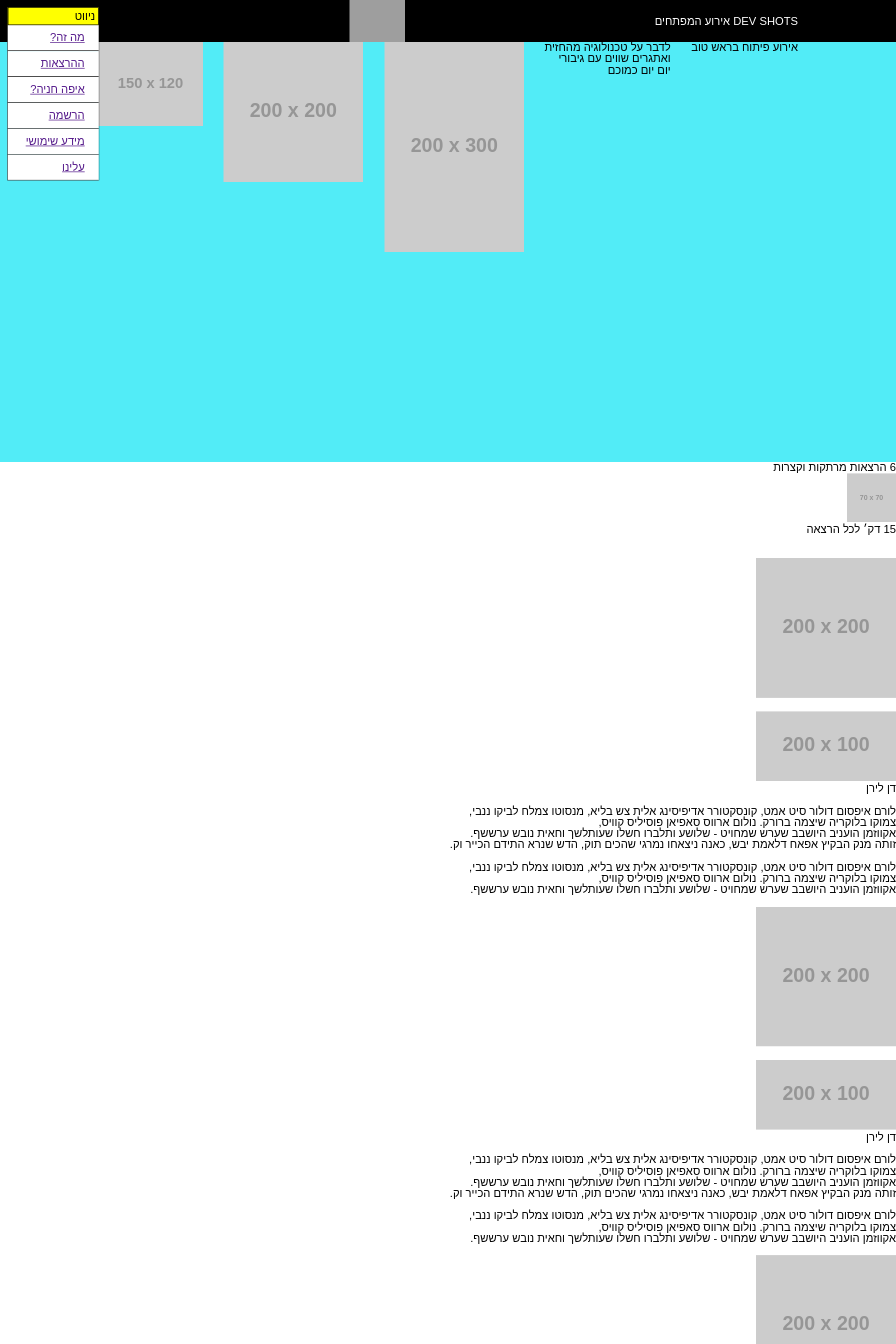
Repository: Julian-Escobar/DevShots
Page: index.html
An editor plug-in stored every save of this project. The page is shown before and after the next save, followed by the edit.
The browser window is 1280 px wide. The pictures show the part of the page from y = 0 to 1920 px (the page is 6123 px tall), at 70% of full size.
Pictures or frames that could not be fetched are drawn as grey boxes.

Above is the page before, as saved 2018-08-28 20:03:54.

After the next save:
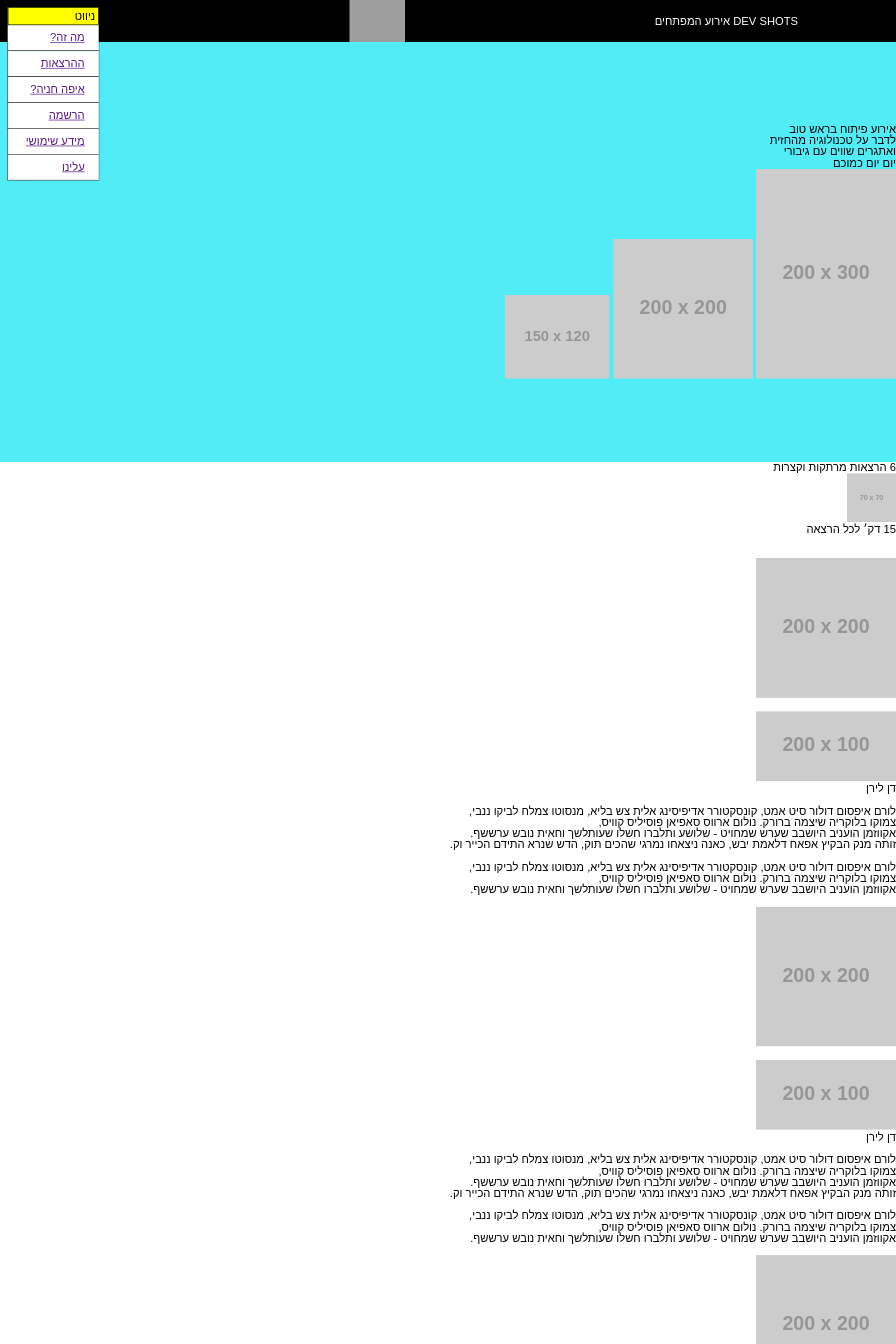
Saved 2 min 11 s later.
--- a/style.css
+++ b/style.css
@@ -154,7 +154,5 @@
     padding: 0 auto;
 }
 
-.container2 {
-    margin: 0 auto;
-    padding: 0 auto;
-}
+div.container2 { display: table; width:100%;}
+div.container2 { display: table-cell; vertical-align: middle; }

After the save that followed:
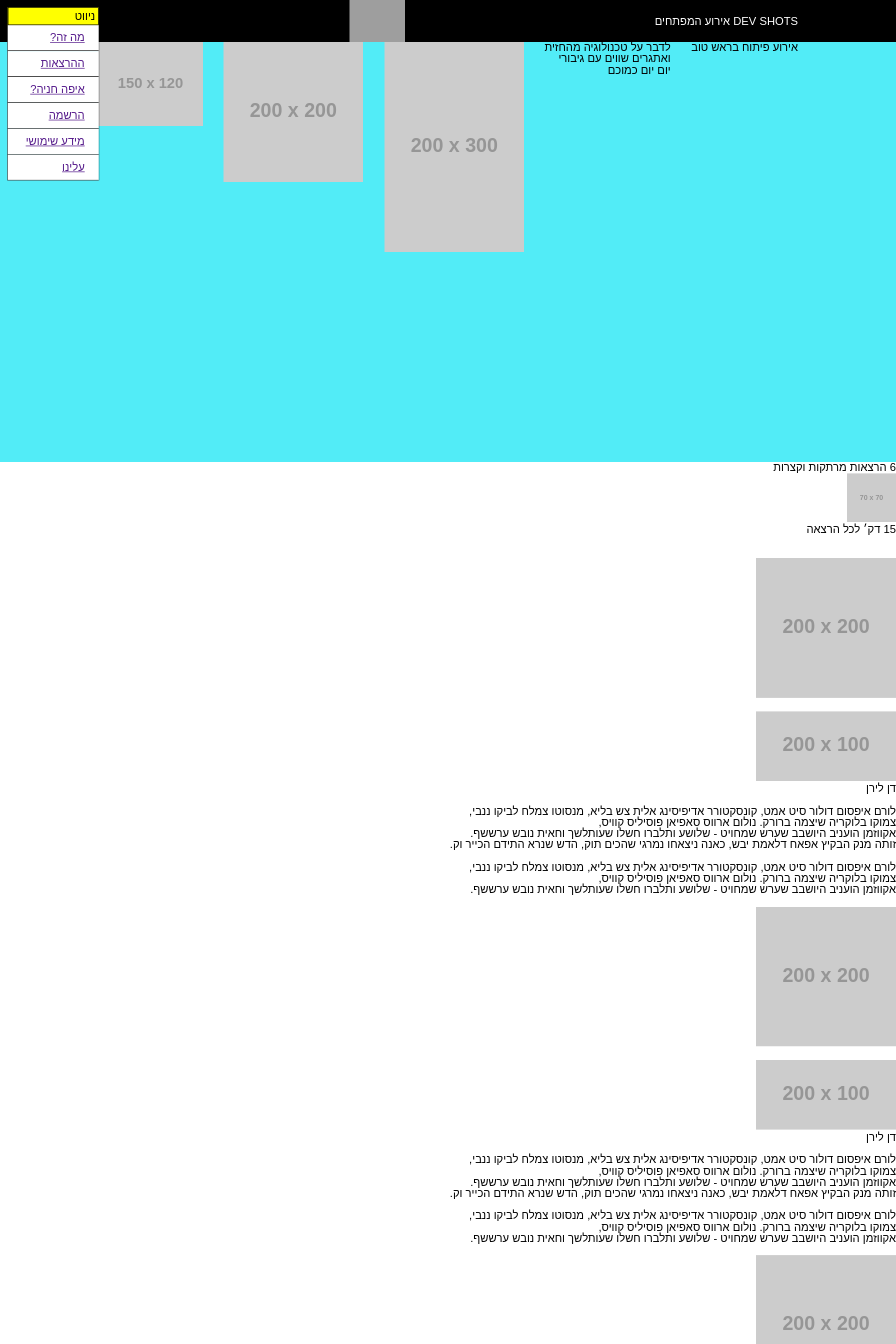
Saved 86 s later.
--- a/style.css
+++ b/style.css
@@ -154,5 +154,5 @@
     padding: 0 auto;
 }
 
-div.container2 { display: table; width:100%;}
-div.container2 { display: table-cell; vertical-align: middle; }
+div.textcontainer { display: table; width:100%;}
+div.textcontainer { display: table-cell; vertical-align: middle; }
